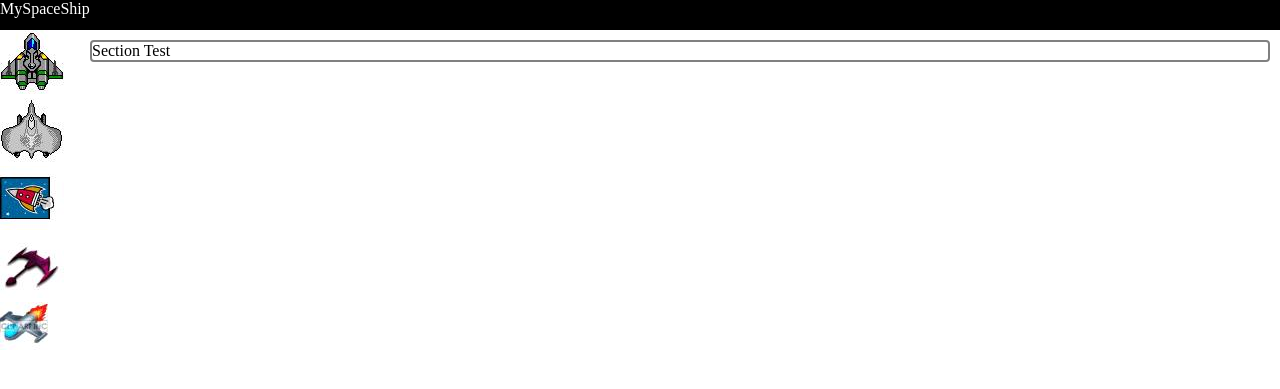
Repository: eudesf/MySpaceShip
Page: MySpaceShip/WebContent/index.html
These files come from the project's save history. The page is drawn as it stood at one moment and after the next save; the edit follows.
The browser window is 1280 px wide. The pictures show the whole page.

Above is the page before, as saved 2012-03-15 20:32:03.

### MySpaceShip/WebContent/index.html
<!DOCTYPE html>

<html>
	<head>
		<style>
			/* reset from YUI 3 */
   		    html{color:#000;background:#FFF;}body,div,dl,dt,dd,ul,ol,li,h1,h2,h3,h4,h5,h6,pre,code,form,fieldset,legend,input,textarea,p,blockquote,th,td{margin:0;padding:0;}table{border-collapse:collapse;border-spacing:0;}fieldset,img{border:0;}address,caption,cite,code,dfn,em,strong,th,var{font-style:normal;font-weight:normal;}li{list-style:none;}caption,th{text-align:left;}h1,h2,h3,h4,h5,h6{font-size:100%;font-weight:normal;}q:before,q:after{content:'';}abbr,acronym{border:0;font-variant:normal;}sup{vertical-align:text-top;}sub{vertical-align:text-bottom;}input,textarea,select{font-family:inherit;font-size:inherit;font-weight:inherit;}input,textarea,select{*font-size:100%;}legend{color:#000;}

			header {
				background: #000;
				color: #fff;
				height: 30px
			}

			nav {
				float: left;
				width: 80px;
			}

			nav a {
				display: block;
			}

			section {
				position: absolute;
				left: 80px;
				right: 0px;
				top: 30px;
				bottom: 0px;
			}

			article {
				margin: 10px;
				border: 2px solid gray;
				-moz-border-radius: 4px;
				-webkit-border-radius: 4px;
				border-radius: 4px;

				box-shadow: 2px 2px 2;
			}

		</style>
	</head>
	<body>

		<header>
			<h2>MySpaceShip</h2>
		</header>

		<nav>
			<a href="javascript:void(0)">
				<img src="images/ship1.jpg"/>
			</a>
			<a href="javascript:void(0)">
				<img src="images/ship2.jpg"/>
			</a>
			<a href="javascript:void(0)">
				<img src="images/ship3.jpg"/>
			</a>
			<a href="javascript:void(0)">
				<img src="images/ship4.jpg"/>
			</a>
			<a href="javascript:void(0)">
				<img src="images/ship5.jpg"/>
			</a>
		</nav>

		<section>
			<article>
				Section Test
			</article>
		</section>

	</body>
</html>

After the next save:
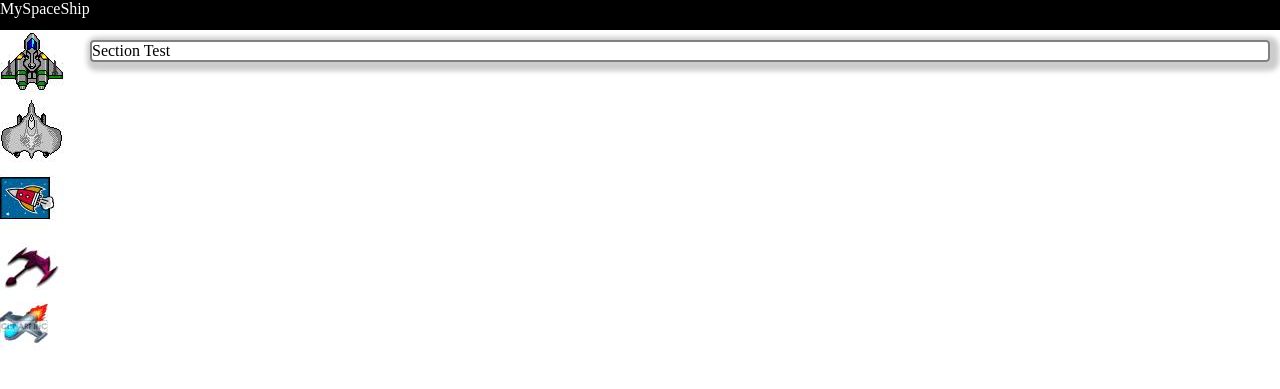
Saved 49 s later.
--- a/MySpaceShip/WebContent/index.html
+++ b/MySpaceShip/WebContent/index.html
@@ -36,7 +36,9 @@
 				-webkit-border-radius: 4px;
 				border-radius: 4px;
 
-				box-shadow: 2px 2px 2;
+				-moz-box-shadow:    3px 3px 5px 6px #ccc;
+  				-webkit-box-shadow: 3px 3px 5px 6px #ccc;
+  				box-shadow:         3px 3px 5px 6px #ccc;
 			}
 
 		</style>
